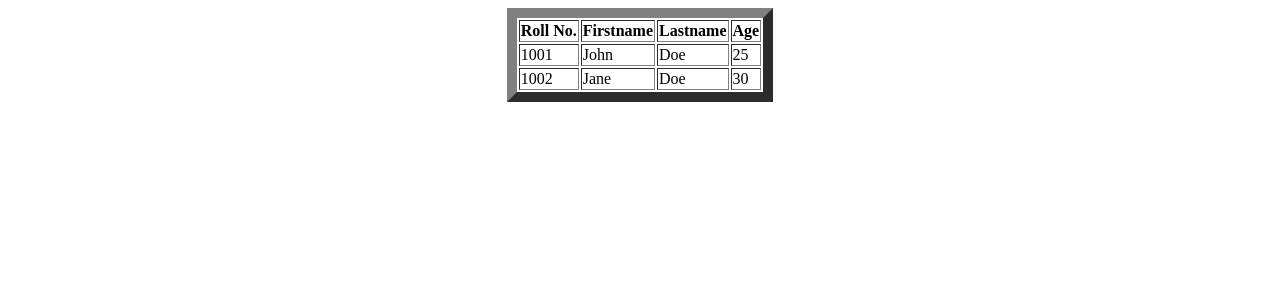
Repository: ankitgujre01/HTMLgeeks
Page: table.html
These files come from the project's save history. The page is drawn as it stood at one moment and after a run of saves; the edit follows.
The browser window is 1280 px wide. The pictures show the whole page.

Above is the page before, as saved 2025-09-03 23:09:35.

After the next 2 saves:
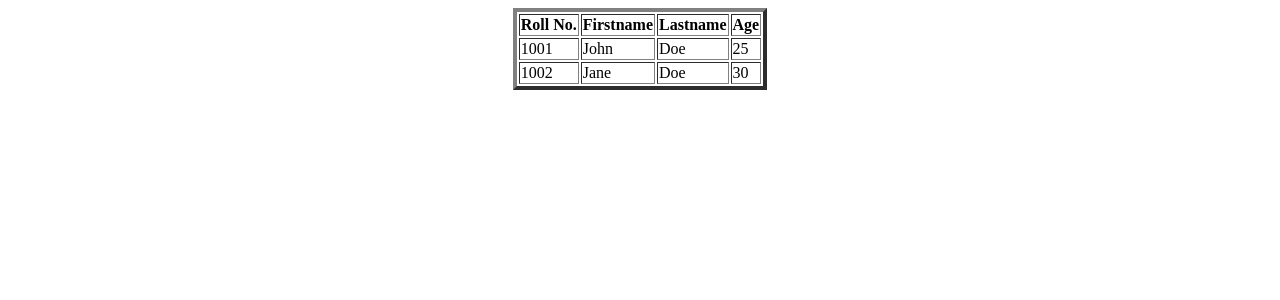
The 2 saves are shown as one change because they came seconds apart.
The last was saved 30 s later.
--- a/table.html
+++ b/table.html
@@ -4,7 +4,7 @@
         <title>Table</title>
     </head>
     <body>
-        <table border="10" align="center">
+        <table border="4" align="center">
             <th>Roll No.</th>
             <th>Firstname</th>
             <th>Lastname</th>
